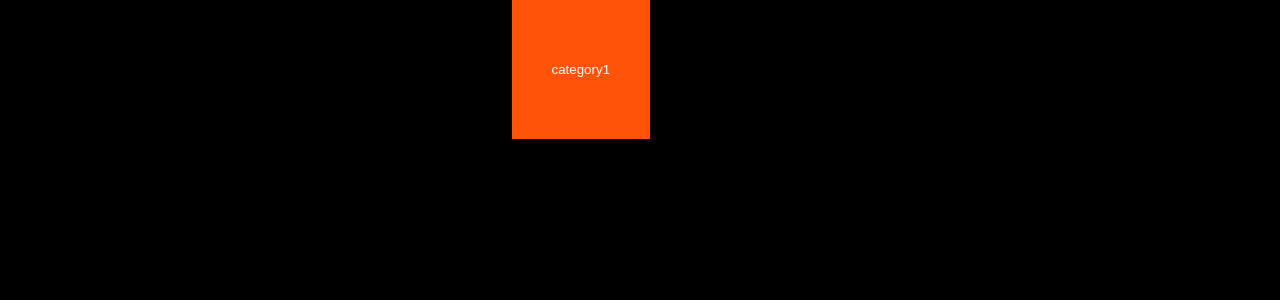
Repository: drumsmanku/react-capstone-project-2
Page: /categories
An editor plug-in stored every save of this project. The page is shown before and after the next save, followed by the edit.
The browser window is 1280 px wide. The pictures show the whole page.
Some web fonts or font styles are not loaded; a fallback is used. The project was rebuilt for these pictures with package versions that can differ from the ones it lists, and the page was loaded fresh each time. Also part of the build but not shown: src/components/RegistrationPage.js, src/components/SubmitSuccess.js.

Above is the page before, as saved 2023-05-22 21:30:20.

### src/index.css
body,html{
  padding: 0;
  margin: 0;
}

### src/App.js
import './App.css';
import RegistrationPage from './components/RegistrationPage';
import SubmitSuccess from './components/SubmitSuccess';
import CategoriesPage from './components/CategoriesPage';
import { BrowserRouter as Router, Route, Routes} from 'react-router-dom';
function App() {
  const categories=['category1' ];
  const colors=['#FF5209']
  return (
    <div className='App'>
      <Router>
        <Routes>
          <Route path='/' element={<RegistrationPage />}/>
          <Route path='/success' element={<SubmitSuccess/>}/>
          <Route path='/categories' element={<CategoriesPage categories={categories} backgroundcolor={colors} />}/>
        </Routes>
      </Router>
    </div>
  );
}

export default App;

### src/App.css
.App {
  margin: 0;
  padding: 0;

}

### src/components/CategoriesPage.js
import React from 'react'
import './CategoriesPage.css'

function CategoriesPage(props) {
  const{categories, backgroundcolor}=props
  return (
    <div className='container'>
      <div className='first-container'>

      </div>
      <div className='second-container'>
        {categories.map((category, index)=>(
          <button style={{border:'none', background:'none',color:'white', backgroundColor:backgroundcolor, height:'8.68rem', width:'8.6rem'}} key={index}>{category}</button>
        ))}
      </div>
    </div>
  )
}

export default CategoriesPage

### src/components/RegistrationPage.css
@import url('https://fonts.googleapis.com/css2?family=Roboto:wght@900&display=swap');
@import url('https://fonts.googleapis.com/css2?family=Single+Day&display=swap');
@import url('https://fonts.googleapis.com/css2?family=DM+Sans&display=swap');
.reg-page{
  background-image: url('../Assets/back1.png');
  background-size: 50% 120%;
  background-repeat: no-repeat;
  height: 100vh;

  background-color: black;
  display: flex;
}
.first-div{
  font-family:'Roboto';
  color: white;
  width: 50%;
  height: 100vh;
  display: flex;
  justify-content: center;
  position: relative;
}
.first-first-div{
  width: 70%;
  position: absolute;
  bottom: 4.5rem;
}
.first-first-div h1{
  font-size: 3rem;
  padding: 0;
  margin: 0;
}
.second-div{
  height: inherit;
  width: 50%;
  display: flex;
  flex-direction: column;
  justify-content: center;
  align-items: center;
  color: white;
}
.second-div h1{
  font-family: 'Single Day';
  font-size: 3.3rem;
  color: #72DB73;
  font-weight: 400;
  margin: 0;
}
.second-div h4{
  font-family: 'DM Sans';
  font-weight: 200;
  margin-bottom: 2rem;
  margin-top: 1rem;
  font-size: 1.1rem;
}
form{
  display: flex;
  flex-direction: column;
}
form input[type=text]{
  margin: 0.7rem;
  width: 23rem;
  height: 2.9rem;
  border: none;
  background-color: #292929;
  border-radius: 0.1rem;
  font-family: 'DM Sans';
}
form input[type=number]{
  margin: 0.7rem;
  width: 23rem;
  height: 2.9rem;
  border: none;
  background-color: #292929;
  border-radius: 0.1rem;
  font-family: 'DM Sans';

}
form input[type=email]{
  margin: 0.7rem;
  width: 23rem;
  height: 2.9rem;
  border: none;
  background-color: #292929;
  border-radius: 0.1rem;
  font-family: 'DM Sans';
}

form input::placeholder{
  padding-left: 0.9rem;
  font-size: 1rem;
}
.checkbox1{
  width: 100%;
  display: flex;
  padding-left: 0.5rem;
  font-family: 'DM Sans';
  margin: 1.6rem 0 1.6rem 0;
  font-size: 0.9rem;
}
.checkbox1 input[type="checkbox"]{
  margin-right: 1rem;
  border: none;
  transform: scale(1.4);
}
form button{
  background-color: #72DB73;
  border: none;
  height: 3rem;
  width: 23rem;
  border-radius: 2.2rem;
  font-size: 1.4rem;
  font-family: 'DM Sans';
  font-weight: 600;
  color: white;
  letter-spacing: 0.2rem;
}

### src/components/CategoriesPage.css
.container{
  display:flex;
  background-color: black;
  height: 100vh;
  width: 100%;
}
.first-container{
  height: inherit;
  width: 40%;
}

.second-container{
  height: inherit;
  width: 60%;
}

Loaded but not shown: public/index.html (common file); src/index.js (common file)

After the next save:
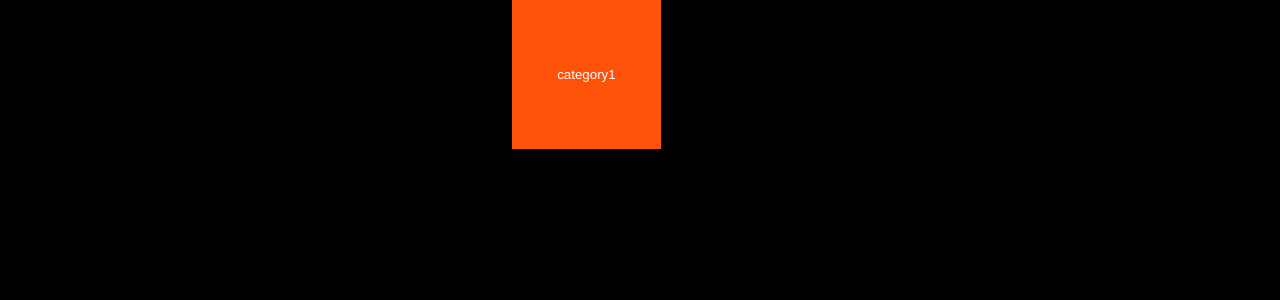
Saved 18 s later.
--- a/src/components/CategoriesPage.js
+++ b/src/components/CategoriesPage.js
@@ -10,7 +10,7 @@ function CategoriesPage(props) {
       </div>
       <div className='second-container'>
         {categories.map((category, index)=>(
-          <button style={{border:'none', background:'none',color:'white', backgroundColor:backgroundcolor, height:'8.68rem', width:'8.6rem'}} key={index}>{category}</button>
+          <button style={{border:'none', background:'none',color:'white', backgroundColor:backgroundcolor, height:'9.3rem', width:'9.3rem'}} key={index}>{category}</button>
         ))}
       </div>
     </div>
